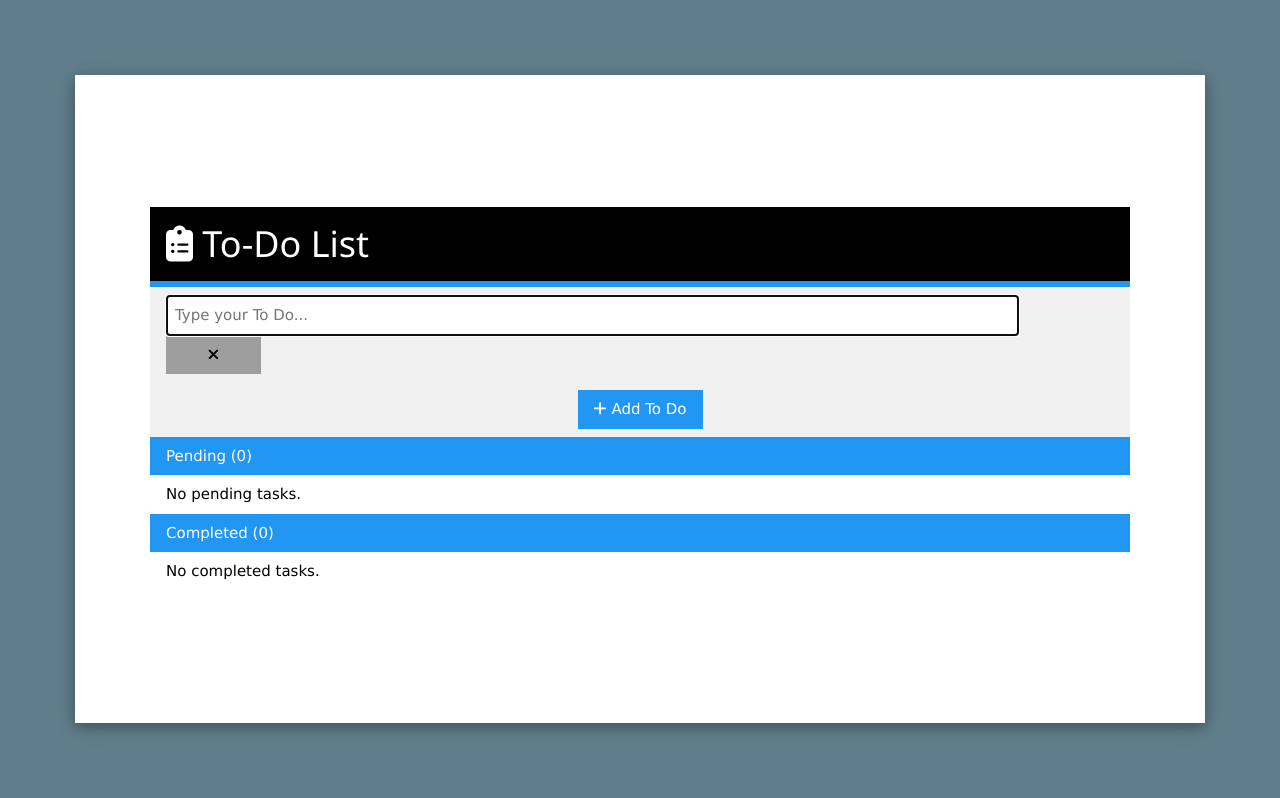
Repository: bclover/vue3-design-patterns-book
Page: /
These files come from the project's save history. The page is drawn as it stood at one moment and after the next save; the edit follows.
The browser window is 1280 px wide. The pictures show the whole page.
The project was rebuilt for these pictures with package versions that can differ from the ones it lists, and the page was loaded fresh each time. Also part of the build but not shown: vite.config.ts.

Above is the page before, as saved 2023-06-19 22:50:30.

### index.html
<!DOCTYPE html>
<html lang="en">
    <head>
        <meta charset="UTF-8" />
        <link rel="icon" type="image/svg+xml" href="/vite.svg" />
        <link rel="stylesheet" href="/css/w3.css" />
        <link rel="stylesheet" href="/css/fontawesome.min.css" />
        <link rel="stylesheet" href="/css/solid.min.css" />
        <link rel="stylesheet" href="/css/brands.min.css" />
        <meta name="viewport" content="width=device-width, initial-scale=1.0" />
        <title>To Do</title>
    </head>
    <body>
        <div id="app"></div>
        <script type="module" src="/src/main.ts"></script>
    </body>
</html>

### src/App.vue
<script lang="ts" setup>
import ToDos from './components/ToDos.vue';
</script>

<template>
  <div class="app w3-blue-gray">
    <ToDos></ToDos>
  </div>
</template>

<style scoped>
.app {
  display: flex;
  justify-content: center;
  width: 100vw;
  min-height: 100vh;
  padding: 5rem;
}
</style>

### src/components/ToDos.vue
<script lang="ts" setup>
import { computed, ref } from 'vue';

interface ToDo {
  id: number;
  text: string;
  checked: boolean;
}
const _todo_text = ref('');
const _todo_list = ref<ToDo[]>([]);
const _pending = computed(() => {
  return _todo_list.value.filter((todo: ToDo) => !todo.checked);
});
const _done = computed(() => {
  return _todo_list.value.filter((todo: ToDo) => todo.checked);
});
function clearToDo(): void {
  _todo_text.value = '';
}
function addToDo() {
  if (_todo_text.value && _todo_text.value !== '') {
    _todo_list.value.push({
      id: new Date().valueOf(),
      text: _todo_text.value,
      checked: false,
    });
    clearToDo();
  }
}
</script>

<template>
  <div class="todo-container w3-white w3-card-4">
    <!-- Header -->
    <div class="w3-container w3-black w3-margin-0 w3-bottombar w3-border-blue">
      <h1>
        <i class="fa-solid fa-clipboard-list"></i>
        To-Do List
      </h1>
    </div>

    <!-- Remove & Add Buttons -->
    <div class="w3-container flex-container w3-light-gray w3-padding">
      <input
        class="w3-input w3-border"
        type="text"
        style="width: 90%"
        autofocus
        v-model="_todo_text"
        @keyup.enter="addToDo()"
        placeholder="Type your To Do..."
      />
      <button class="w3-button w3-gray" @click="clearToDo()" style="width: 10%">
        <i class="fa-solid fa-times"></i>
      </button>
    </div>

    <div class="w3-container flex-container w3-light-gray w3-padding w3-center">
      <button class="w3-button w3-blue" @click="addToDo()">
        <i class="fa-solid fa-plus"></i>
        Add To Do
      </button>
    </div>

    <!-- Pending Todos Heading -->
    <div class="w3-padding w3-blue">Pending ({{ _pending.length }})</div>

    <!-- List of Pending Todos -->
    <div class="w3-padding" v-for="todo in _pending" :key="todo.id">
      <label>
        <input type="checkbox" v-model="todo.checked" />
        <span class="w3-margin-left">
          {{ todo.text }}
        </span>
      </label>
    </div>

    <!-- No Pending Tasks -->
    <div class="w3-padding" v-show="_pending.length == 0">
      No pending tasks.
    </div>

    <!-- Completed Todos Heading -->
    <div class="w3-padding w3-blue">Completed ({{ _done.length }})</div>

    <!-- List of Completed Todos -->
    <div class="w3-padding" v-for="todo in _done" :key="todo.id">
      <label>
        <input type="checkbox" v-model="todo.checked" />
        <span class="w3-margin-left">
          {{ todo.text }}
        </span>
      </label>
    </div>

    <!-- No Completed Todos -->
    <div class="w3-padding" v-show="_done.length == 0">No completed tasks.</div>
  </div>
</template>

<style scoped>
.todo-container {
  display: flex;
  flex-direction: column;
  justify-content: center;
  width: 90vw;
  min-height: 90vh;
  padding: 5rem;
}
</style>

Loaded but not shown: src/main.ts (common file); public/css/w3.css (library); public/css/fontawesome.min.css (library); public/css/solid.min.css (common file); public/css/brands.min.css (library)

After the next save:
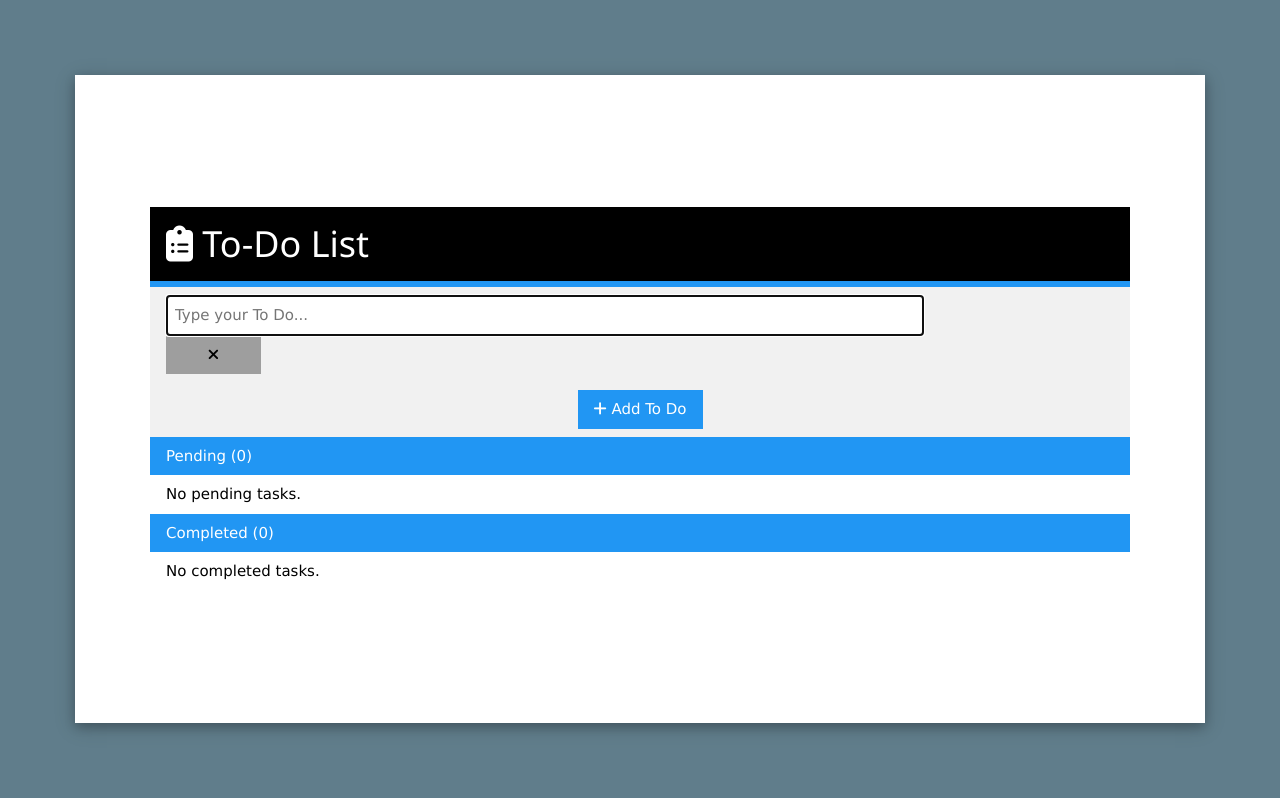
Saved 11 s later.
--- a/src/components/ToDos.vue
+++ b/src/components/ToDos.vue
@@ -44,7 +44,7 @@ function addToDo() {
       <input
         class="w3-input w3-border"
         type="text"
-        style="width: 90%"
+        style="width: 80%"
         autofocus
         v-model="_todo_text"
         @keyup.enter="addToDo()"
